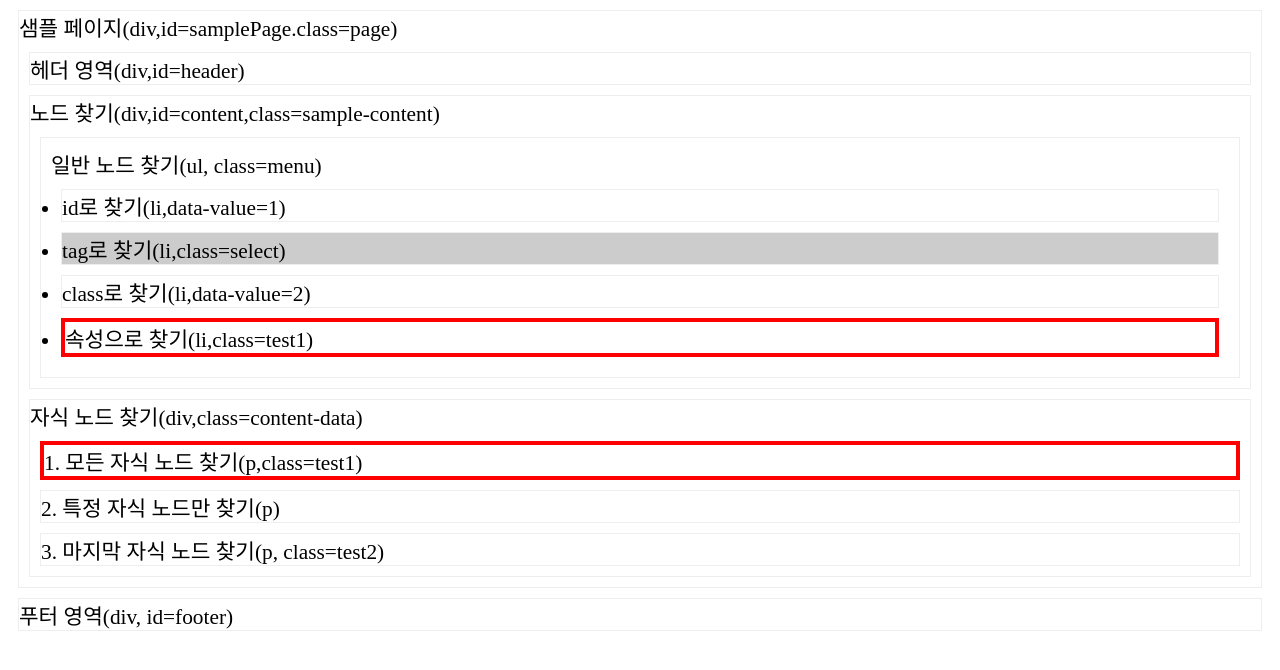
Repository: swc0516s/EZEN-JS
Page: JavaScript Workspace Lecture/JavaScript_jQuery_03/WebContent/Chapter01/1_05.html
These files come from the project's save history. The page is drawn as it stood at one moment and after the next save; the edit follows.
The browser window is 1280 px wide. The pictures show the whole page.

Above is the page before, as saved 2022-03-17 03:03:52.

### JavaScript Workspace Lecture/JavaScript_jQuery_03/WebContent/Chapter01/1_05.html
<!DOCTYPE html>
<html>
<head>
<meta charset="UTF-8">
<title>Insert title here</title>
<style type="text/css">
body {
	font-size: 16pt;
	font-family: "굴림";
}

div, p, ul, li {
	border: 1px #eeeeee solid;
	margin: 10px;
}

ul {
	padding: 10px;
}

li.select {
	background-color: #ccc;
}
</style>
<script type="text/javascript" src="../libs/jquery-3.6.0.min.js"></script>
<script type="text/javascript">
	// 문서에서 ul.menu노드에서 select클래스가 적용된 노드를 찾아 border를 4px solid #f00 으로 변경
	/*
	window.onload = function() {
		var header = document.getElementById("header");
		header.style.border = "4px solid #f00";
	}*/
	$(document).ready(function() {
		$(".test1").css("border", "4px solid #ff0000");
	});
</script>
</head>
<body>
	<div id="sample" class="page">
		샘플 페이지(div,id=samplePage.class=page)
		<div id="header">헤더 영역(div,id=header)</div>
		<div id="content" class="sample-content">
			노드 찾기(div,id=content,class=sample-content)
			<ul class="menu">
				일반 노드 찾기(ul, class=menu)
				<li data-value="1">id로 찾기(li,data-value=1)</li>
				<li class="select">tag로 찾기(li,class=select)</li>
				<li data-value="2">class로 찾기(li,data-value=2)</li>
				<li class="test1">속성으로 찾기(li,class=test1)</li>
			</ul>
		</div>
		<div class="content-data">
			자식 노드 찾기(div,class=content-data)
			<p class="test1">1. 모든 자식 노드 찾기(p,class=test1)</p>
			<p>2. 특정 자식 노드만 찾기(p)</p>
			<p class="test2">3. 마지막 자식 노드 찾기(p, class=test2)</p>
		</div>
	</div>
	<div id="footer">푸터 영역(div, id=footer)</div>
</body>
</html>

Loaded but not shown: JavaScript Workspace Lecture/JavaScript_jQuery_03/WebContent/libs/jquery-3.6.0.min.js (library)

After the next save:
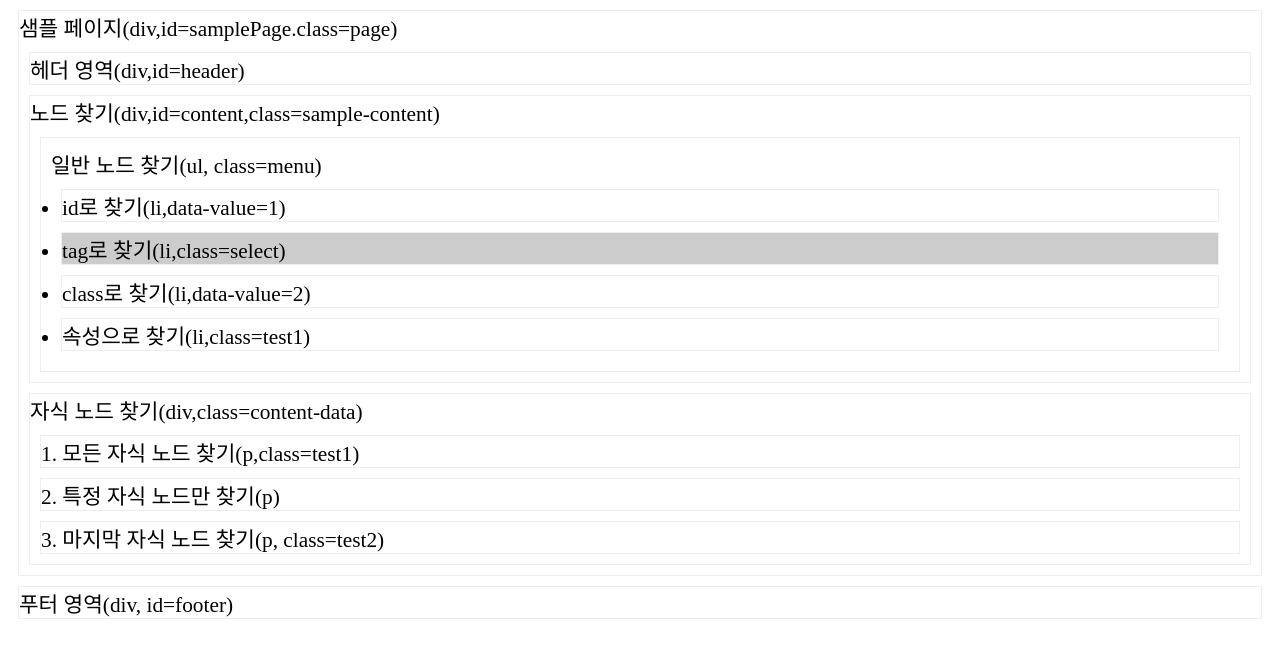
Saved 20 s later.
--- a/JavaScript Workspace Lecture/JavaScript_jQuery_03/WebContent/Chapter01/1_05.html
+++ b/JavaScript Workspace Lecture/JavaScript_jQuery_03/WebContent/Chapter01/1_05.html
@@ -31,7 +31,7 @@ li.select {
 		header.style.border = "4px solid #f00";
 	}*/
 	$(document).ready(function() {
-		$(".test1").css("border", "4px solid #ff0000");
+		$(".menu.select").css("border", "4px solid #ff0000");
 	});
 </script>
 </head>
